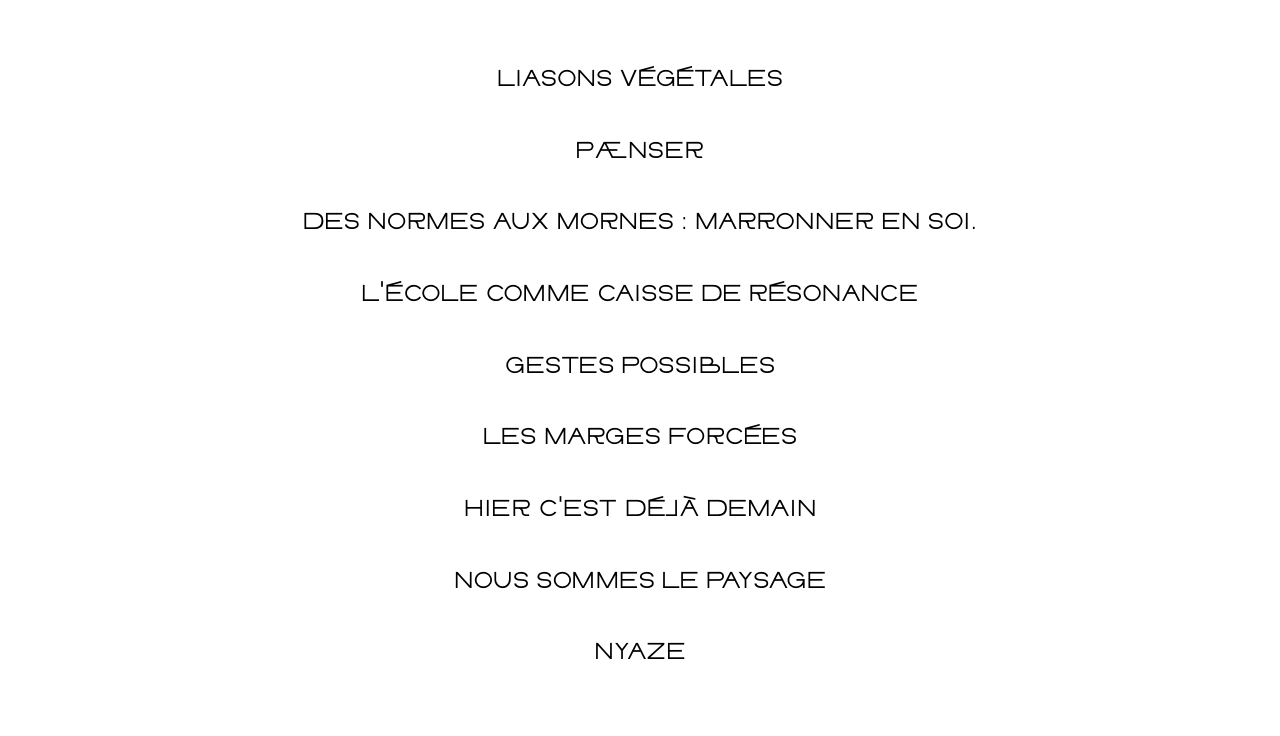
Repository: brunrhb/oce-p
Page: index.html
An editor plug-in stored every save of this project. The page is shown before and after the next save, followed by the edit.
The browser window is 1280 px wide. The pictures show the whole page.

Above is the page before, as saved 2025-09-17 16:03:12.

After the next save:
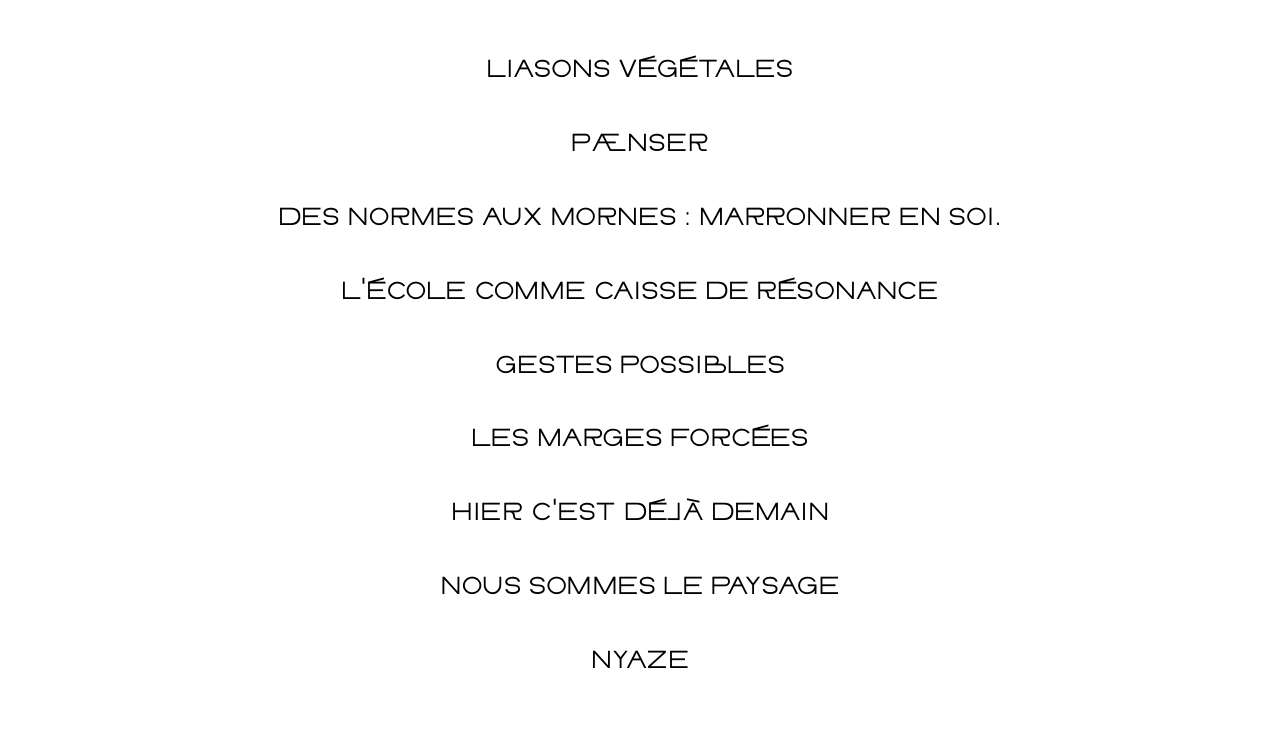
Saved 65 s later.
--- a/styles.css
+++ b/styles.css
@@ -151,7 +151,7 @@ body {
 }
 
 .PROJET {
-  font-size: calc(1.618*(1.618*(0.5vw + 0.5vh))) ;
+  font-size: calc(1.618*(1.618*(0.5vw + 0.6vh))) ;
   font-family: DINdong;
 
   padding: 0;
